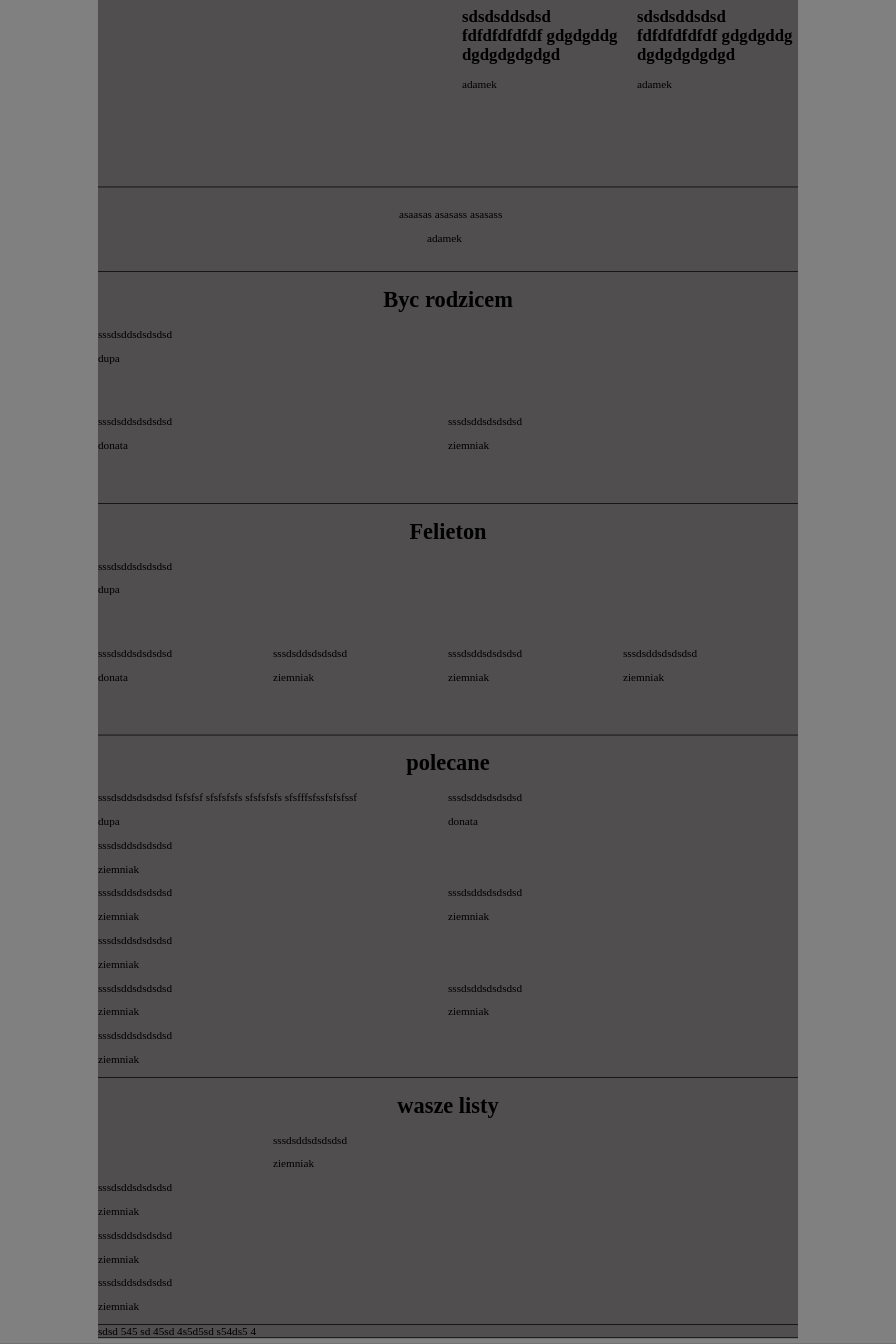
Repository: kq333/pitupitu.pl
Page: index.html
An editor plug-in stored every save of this project. The page is shown before and after the next save, followed by the edit.
The browser window is 1280 px wide. The pictures show the part of the page from y = 751 to 2671 px (the page is 2671 px tall), at 70% of full size.
The style sheet was rebuilt from its Sass, Less or Tailwind sources for each picture, by a compiler version that may differ from the author's.

Above is the page before, as saved 2020-11-04 13:11:31.

### index.html
<!DOCTYPE html>
<html lang="en">
<head>
    <meta charset="UTF-8">
    <meta name="viewport" content="width=device-width, initial-scale=1.0">
    <title>Document</title>
    <link rel="stylesheet" href="style/style.css">
</head>
<body>


<div id="container">
  <div id="content">
    <div id=bar>
        <ul class="ul_bar">Wyborcza
            <li>sdsd</li>
            <li>sdsd</li>
            <li>sdsd</li>
            <li>sdsd</li>
            <li>sdsd</li>
            <li>sdsd</li>
            <li>sdsd</li>
        </ul>
        <div class="loging">
            Logowanie
        </div>
    </div>
            <div id="logo"><p>Wysokie Obcasy</p>
                <ul class="ul_bar2">
                    <li>fdf</li>
                    <li>gccvcv</li>
                    <li>hghhgh</li>
                    <li>asaseerr</li>
                    <li>jljkj</li>
                    <li>wewewe</li>
                    <li>hghghh</li>
                </ul>


            </div>


           <div>

                <div class="block_1">
                    <div class="art1">
                        <article>
                        <h1>sdsdsddsdsd fdfdfdfdfdf gdgdgddg dgdgdgdgdgd</h1>


                            <p class="autor_name">adamek</p>
                        </article>
                    </div>

                    <div class="art2">
                            <article>
                                <h1>sdsdsddsdsd fdfdfdfdfdf gdgdgddg dgdgdgdgdgd</h1>


                                <p class="autor_name">adamek</p>
                            </article>
                     </div>
                     <div class="art3">
                            <article>
                                <h1>sdsdsddsdsd fdfdfdfdfdf gdgdgddg dgdgdgdgdgd</h1>


                                <p class="autor_name">adamek</p>
                            </article>
                      </div>
                      <div class="art4">
                            <article>
                                <h1>sdsdsddsdsd fdfdfdfdfdf gdgdgddg dgdgdgdgdgd</h1>


                                <p class="autor_name">adamek</p>
                            </article>
                       </div>
                            <div class="art5">
                                <article>
                                    <h1>sdsdsddsdsd fdfdfdfdfdf gdgdgddg dgdgdgdgdgd</h1>


                                    <p class="autor_name">adamek</p>
                                </article>
                            </div>
                                 <div class="art6">
                                    <article>
                                        <h1>sdsdsddsdsd fdfdfdfdfdf gdgdgddg dgdgdgdgdgd</h1>


                                        <p class="autor_name">adamek</p>
                                    </article>
                                 </div>
                                    <div class="art7">

                                        <article>
                                            <h1>sdsdsddsdsd fdfdfdfdfdf gdgdgddg dgdgdgdgdgd</h1>


                                            <p class="autor_name">adamek</p>
                                        </article>
                                    </div>

                                    <div class="art8">
                                            <article>
                                                <h1>sdsdsddsdsd fdfdfdfdfdf gdgdgddg dgdgdgdgdgd</h1>


                                                <p class="autor_name">adamek</p>
                                            </article>
                                    </div>
                                        <div class="art9">
                                                <article>

                                                    <h1>sdsdsddsdsd fdfdfdfdfdf gdgdgddg dgdgdgdgdgd</h1>


                                                    <p class="autor_name">adamek</p>
                                                </article>
                                        </div>
                </div>


                     <div class="quotes">
                         <p1>asaasas asasass asasass</p1>

                        <p class="autor_name">adamek</p>

                    </div>





                  <div class="section">
                    <header>
                        <h1>Byc rodzicem</h1>

                    </header>
                    </div>


                        <section class="family">


                                <div class="art10">
                                    <article> sssdsddsdsdsdsd
                                        <p class="autor_name">dupa</p>

                                    </article>

                                </div>
                                <div class="art11">
                                        <article> sssdsddsdsdsdsd
                                            <p class="autor_name">donata</p>

                                        </article>
                                </div>
                                    <div class="art12">
                                            <article> sssdsddsdsdsdsd
                                                <p class="autor_name">ziemniak</p>

                                            </article>
                                    </div>

                        </section>

                        <div class="section">
                        <header>
                            <h1>Felieton</h1>
                        </header>
                    </div>

                        <section class="column">

                            <div class="art13">
                                    <article> sssdsddsdsdsdsd
                                        <p class="autor_name">dupa</p>

                                    </article>

                            </div>
                                <div class="art14">
                                    <article> sssdsddsdsdsdsd
                                        <p class="autor_name">donata</p>

                                    </article>
                                </div>
                                     <div class="art15">
                                        <article> sssdsddsdsdsdsd
                                            <p class="autor_name">ziemniak</p>

                                        </article>
                                    </div>

                                        <div class="art16">
                                            <article> sssdsddsdsdsdsd
                                                <p class="autor_name">ziemniak</p>

                                            </article>
                                        </div>

                                        <div class="art17">
                                            <article> sssdsddsdsdsdsd
                                                <p class="autor_name">ziemniak</p>

                                            </article>
                                        </div>

                        </section>
                        <div class="section">
                        <header>
                            <h1>polecane</h1>

                        </header>
                    </div>

                            <section class="recommended">


                                    <div class="art18">
                                        <article> sssdsddsdsdsdsd
                                            fsfsfsf sfsfsfsfs sfsfsfsfs
                                            sfsfffsfssfsfsfssf
                                            <p class="autor_name">dupa</p>

                                        </article>
                                    </div>
                                        <div class="art19">
                                            <article> sssdsddsdsdsdsd
                                                <p class="autor_name">donata</p>

                                            </article>
                                        </div>
                                            <div class="art20">

                                                <article> sssdsddsdsdsdsd
                                                    <p class="autor_name">ziemniak</p>
                                                </article>
                                            </div>
                                                <div class="art21">
                                                    <article> sssdsddsdsdsdsd
                                                        <p class="autor_name">ziemniak</p>
                                                    </article>
                                                </div>
                                                    <div class="art22">
                                                        <article> sssdsddsdsdsdsd
                                                            <p class="autor_name">ziemniak</p>


                                                        </article>
                                                    </div>
                                                        <div class="art23">
                                                            <article> sssdsddsdsdsdsd
                                                                <p class="autor_name">ziemniak</p>


                                                            </article>
                                                        </div>

                                                            <div class="art24">
                                                                <article> sssdsddsdsdsdsd
                                                                    <p class="autor_name">ziemniak</p>


                                                                </article>
                                                            </div>
                                                                <div class="art25">
                                                                    <article> sssdsddsdsdsdsd
                                                                        <p class="autor_name">ziemniak</p>


                                                                    </article>
                                                                </div>
                                                                <div class="art26">
                                                            <article> sssdsddsdsdsdsd
                                                                <p class="autor_name">ziemniak</p>


                                                            </article>
                                                            </div>



                            </section>

                            <div class="section">
                            <header>
                                <h1>wasze listy</h1>

                            </header>
                            </div>

                            <section class="letters">

                                <div class="art27"></div>
                                    <article> sssdsddsdsdsdsd
                                        <p class="autor_name">ziemniak</p>


                                    </article>
                                </div>
                                    <div class="art28">
                                        <article> sssdsddsdsdsdsd
                                            <p class="autor_name">ziemniak</p>


                                        </article>
                                    </div>
                                        <div class="art29">

                                            <article> sssdsddsdsdsdsd
                                                <p class="autor_name">ziemniak</p>


                                            </article>
                                        </div>

                                            <div class="art30">
                                                <article> sssdsddsdsdsdsd
                                                    <p class="autor_name">ziemniak</p>


                                                </article>
                                            </div>

                            </section>

                            <footer>
                                <div class="footer">sdsd 545 sd 45sd 4s5d5sd s54ds5 4</div>

                            </footer>



















































           </main>



  </div>




















</div>
</body>
</html>

### style/style.scss
body{
    background-color: grey;


}
#constainer{
    height: auto;
}

#content{
    margin:auto;
    background-color: rgb(80, 78, 78);
    width:1000px;

}


#bar{
    display:grid;
    grid-template-columns: auto auto;
    width:1000px;



}

.ul_bar{
    width:960px;
    height: 40px;
    border-bottom: 1px solid black;


    li{
        list-style-type: none;
    }

}


#logo{
    border-bottom: 1px solid black;
    width:1000px;
    height: 120px;
    p{
        margin-left:480px;
    }

    .ul_bar2{
        list-style-type: none;
        display:inline-flex;
        gap:55px;
        margin-left:170px;
    }
}

.block_1{
    width:1000px;
    height: auto;
    display:grid;
    grid-template-columns: 500px auto auto;
    .art1{
    grid-row-start: 1;
    grid-row-end: 9;
    height: 800px;;
    }
    gap: 20px;
}

.quotes{
    width: 940px;
    height: 60px;
    border-bottom: 1px solid black;
    border-top: 1px solid black;
    padding:30px;

    p1{
        margin-left: 400px;
        margin-top:130px;
    }
    p{
        margin-left: 440px;
    }

}

.section{
    text-align: center;
}
.family{
    width:1000px;
    height: 250px;
    border-bottom: 1px solid black;
    display:grid;
    grid-template-columns: auto auto;
    grid-template-areas: "art10 art10"
                          "art11 art12"  ;

.art10{
grid-area: art10;


}
.art11{
grid-area: art11;
}

.art12{
grid-area: art12;
}


}

.column{
    width:1000px;
    height: 250px;
    border-bottom: 1px solid black;
    display:grid;
    grid-template-columns: auto auto auto;
    grid-template-areas: "art13 art13 art13 art13"
                         " art14 art15 art16 art17"   ;

    .art13{

        grid-area: art13;


            }
    .art14{
        grid-area: art14;

     }

    .art15{
        grid-area: art15;
     }

     .art16{
        grid-area: art16;
     }

     .art17{
        grid-area: art17;
     }

    h1{
        margin-left:500px;

        }

}


.recommended{
    width:1000px;
    height: auto;
    border-bottom: 1px solid black;
    display:grid;
    grid-template-columns: repeat(2, 1fr);
    grid-template-areas: " art18   art19"
                         " art20   art19"
                         " art21  art22"
                         " art23  art22"
                         " art24  art25"
                         " art26  art25"
                         ;




.art18{
grid-area:art18;


}

.art19{
grid-area: art19;

 }

.art20{
grid-area: art20;


 }

.art21{
grid-area: art21;
 }

.art22{
grid-area: art22;
 }

.art23{
grid-area: art23;
 }

.art24{
grid-area: art24;

 }

.art25{
grid-area: art25;
 }

.art26{
grid-area: art26;
 }
};

.letters{
    width:1000px;


    display:grid;
    grid-template-columns: repeat(4, 1fr);
    grid-template-areas: "art27 art28 art29 art30";


.art27{
    grid-area: art27;
}

.art28{
    grid-area: art28;
}


.art29{
    grid-area: art29;
}

.art30{
    grid-area: art30;
}

}

.footer{
    border-bottom: 1px solid black;
    border-top: 1px solid black;
 }

After the next save:
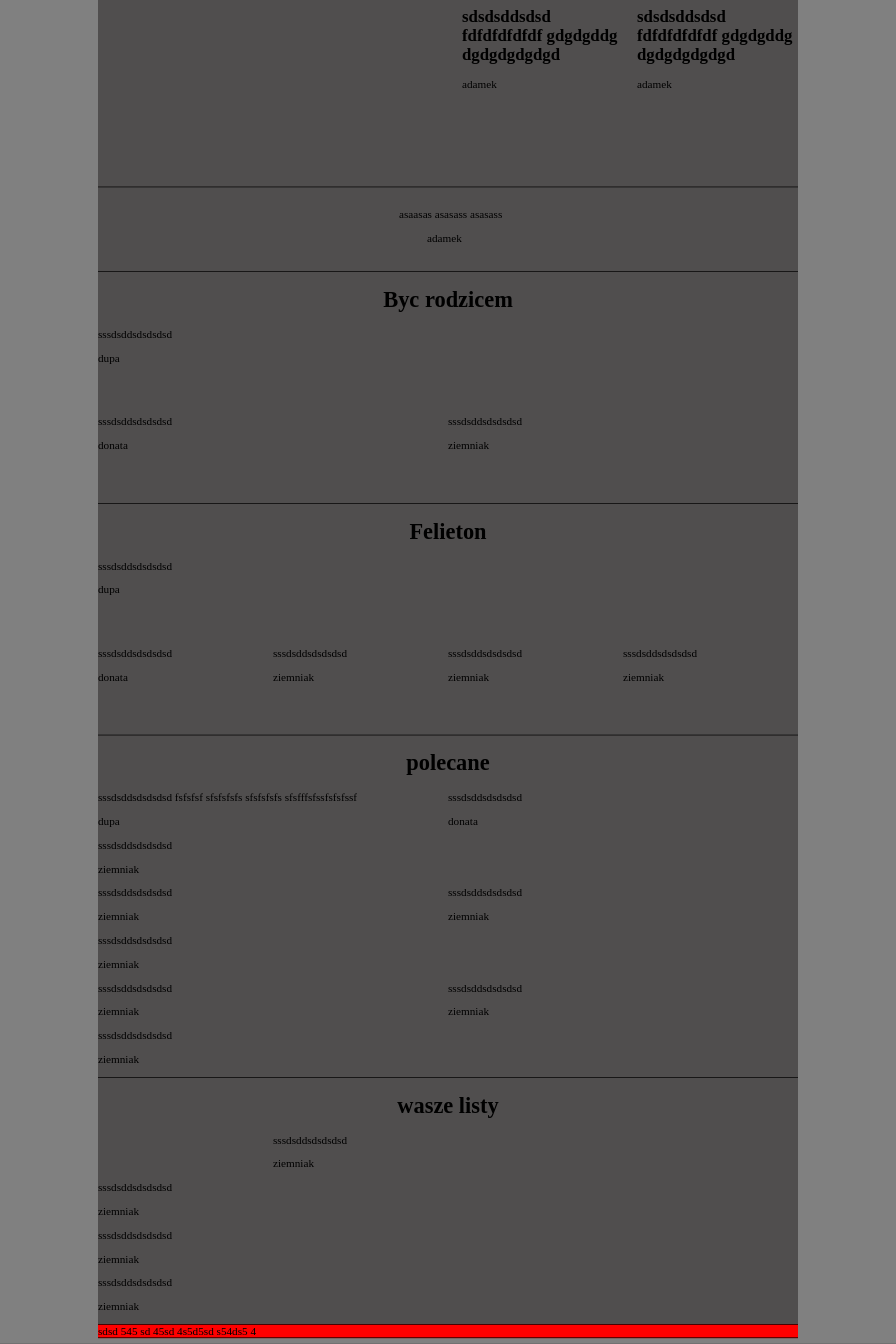
Saved 101 s later.
--- a/style/style.scss
+++ b/style/style.scss
@@ -242,4 +242,5 @@ grid-area: art26;
 .footer{
     border-bottom: 1px solid black;
     border-top: 1px solid black;
- }
+    background-color: red;
+ }
